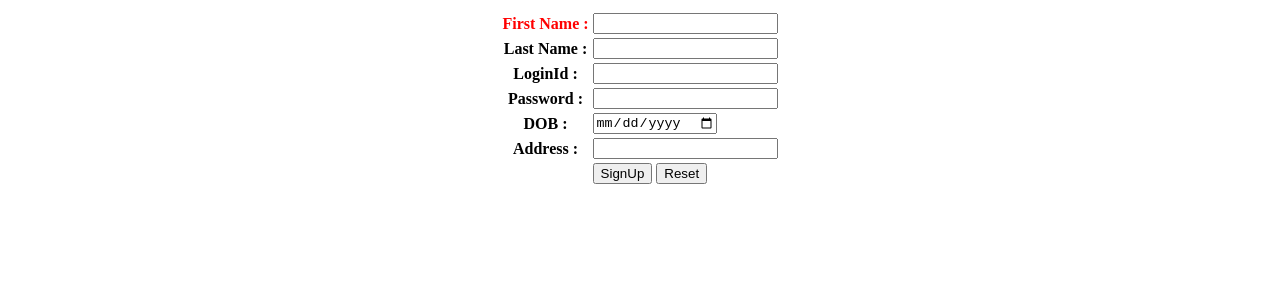
Repository: Jatdevta/AdvanceJava
Page: http://localhost/DynamicProject/UserRegistration.jsp
An editor plug-in stored every save of this project. The page is shown before and after the next save, followed by the edit.
The browser window is 1280 px wide. The pictures show the whole page.
The page is served by Tomcat 9. Other server files are loaded and not shown.

Above is the page before, as saved 2023-08-18 07:03:41.

### Advancejava/DynamicProject/WebContent/UserRegistration.jsp
<%@ page language="java" contentType="text/html; charset=ISO-8859-1"
	pageEncoding="ISO-8859-1"%>
<!DOCTYPE html>
<html>
<head>
<meta charset="ISO-8859-1">
<title>SYSTUMM....!!!!!!</title>
</head>
<body>
<center>
<body>
	<%
		String msg = (String) request.getAttribute("msg");
	%>
	<form action="UserCTL" method="post">
		<table>
			<tr>
				<%
					if (msg != null) {
				%>
				<%=msg%>
				<%
					}
				%>
			</tr>
			<tr>


				<th style=color:red;> First Name :</th>
				<td><input type="text" name="firstName"></td>
			</tr>
			<tr>
				<th style=color:hot pink;>Last Name :</th>
				<td><input type="text" name="lastName"></td>
			</tr>
			<tr>
				<th>LoginId :</th>
				<td><input type="text" name="loginId"></td>
			</tr>
			<tr>
				<th>Password :</th>
				<td><input type="password" name="password"></td>
			</tr>
			<tr>
				<th>DOB :</th>
				<td><input type="date" name="dob"></td>
			</tr>
			<tr>
				<th>Address :</th>
				<td><input type="text" name="address"></td>
			</tr>
			<tr>
				<th></th>
				<td><input type="submit" name="operation" value="SignUp">
					<input type="submit" name="operation" value="Reset"></td>
			</tr>
		</table>
	</form>
</body>
</html>

After the next save:
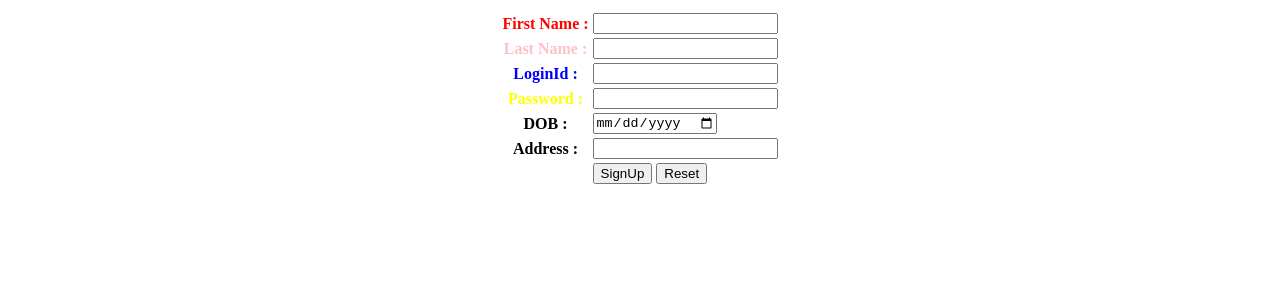
Saved 88 s later.
--- a/Advancejava/DynamicProject/WebContent/UserRegistration.jsp
+++ b/Advancejava/DynamicProject/WebContent/UserRegistration.jsp
@@ -30,15 +30,15 @@
 				<td><input type="text" name="firstName"></td>
 			</tr>
 			<tr>
-				<th style=color:hot pink;>Last Name :</th>
+				<th style=color:pink;>Last Name :</th>
 				<td><input type="text" name="lastName"></td>
 			</tr>
 			<tr>
-				<th>LoginId :</th>
+				<th style = color:blue;>LoginId :</th>
 				<td><input type="text" name="loginId"></td>
 			</tr>
 			<tr>
-				<th>Password :</th>
+				<th style = color:yellow;>Password :</th>
 				<td><input type="password" name="password"></td>
 			</tr>
 			<tr>
